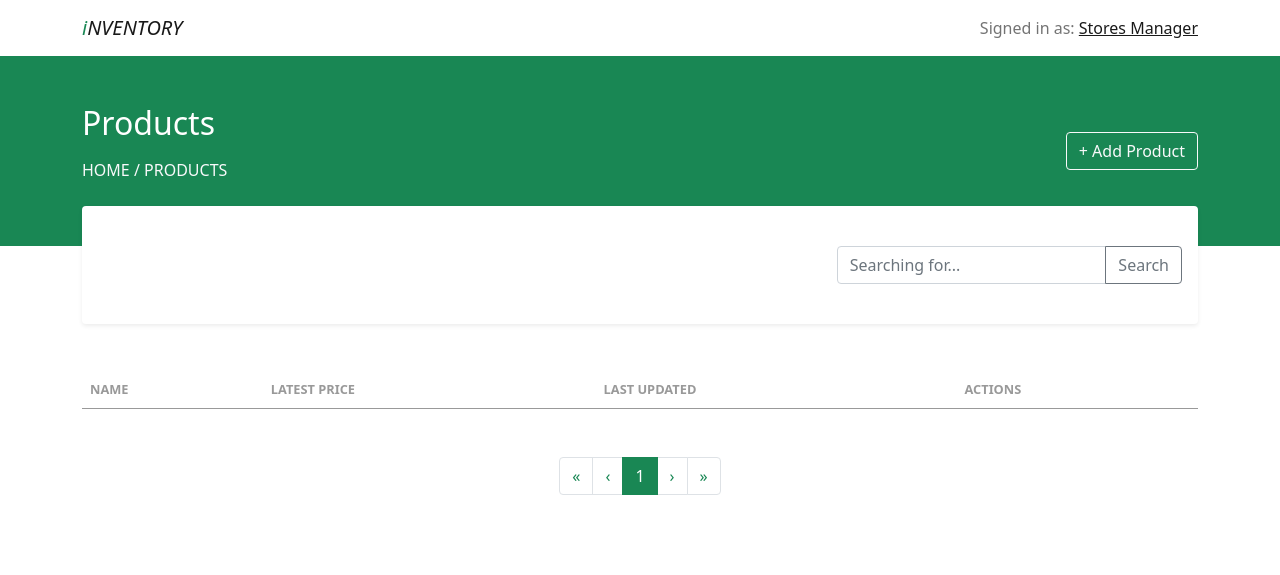
Repository: tHEO2k17/inventory-manager
Page: /
An editor plug-in stored every save of this project. The page is shown before and after the next save, followed by the edit.
The browser window is 1280 px wide. The pictures show the whole page.
The project was rebuilt for these pictures with package versions that can differ from the ones it lists, and the page was loaded fresh each time. Also part of the build but not shown: src/presentation/components/ProductForm.tsx, src/presentation/components/Product.tsx.

Above is the page before, as saved 2021-09-01 06:34:18.

After the next save:
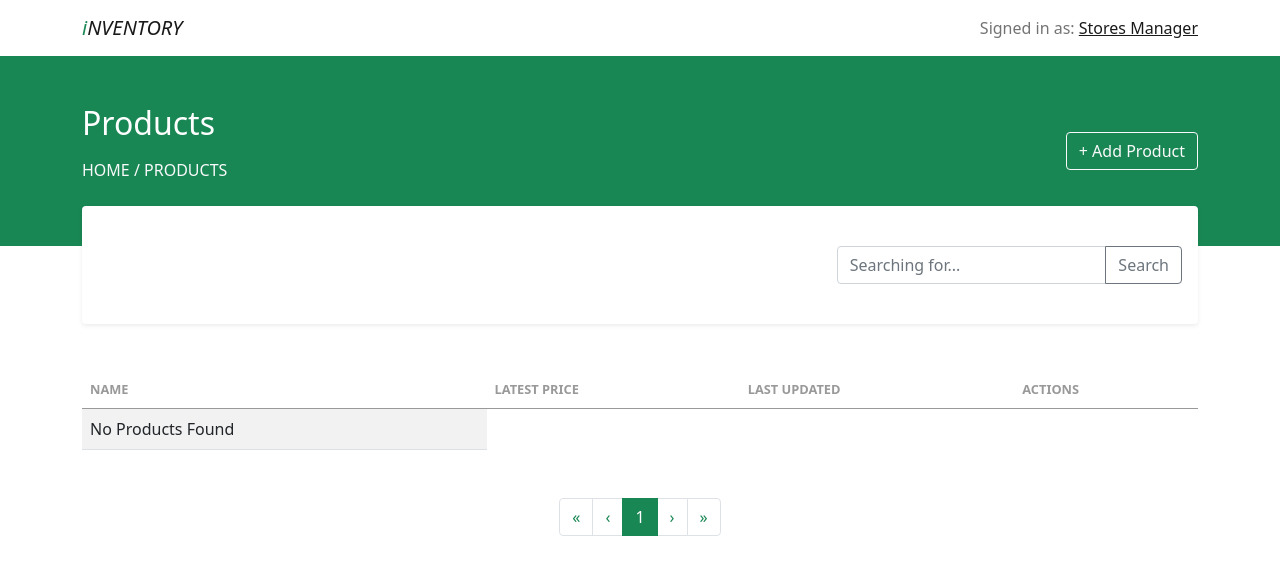
Saved 16 s later.
--- a/src/presentation/pages/ProductsPage.tsx
+++ b/src/presentation/pages/ProductsPage.tsx
@@ -5,6 +5,7 @@ import Banner from "../components/Banner";
 import Product from "../components/Product";
 import TopBar from "../components/TopBar";
 import { IProduct } from "../../domain/dto/IProduct";
+import EmptyRow from "../components/EmptyRow";
 
 class ProductsPage extends Component<ReduxType> {
 
@@ -44,7 +45,9 @@ class ProductsPage extends Component<ReduxType> {
                         </thead>
                         <tbody>
                             {
-                                products.map((product: IProduct) => <Product key={product.id} product={product} />)
+                                products
+                                ? <EmptyRow/>
+                                : products.map((product: IProduct) => <Product key={product.id} product={product} />)
                             }
                         </tbody>
                     </Table>
